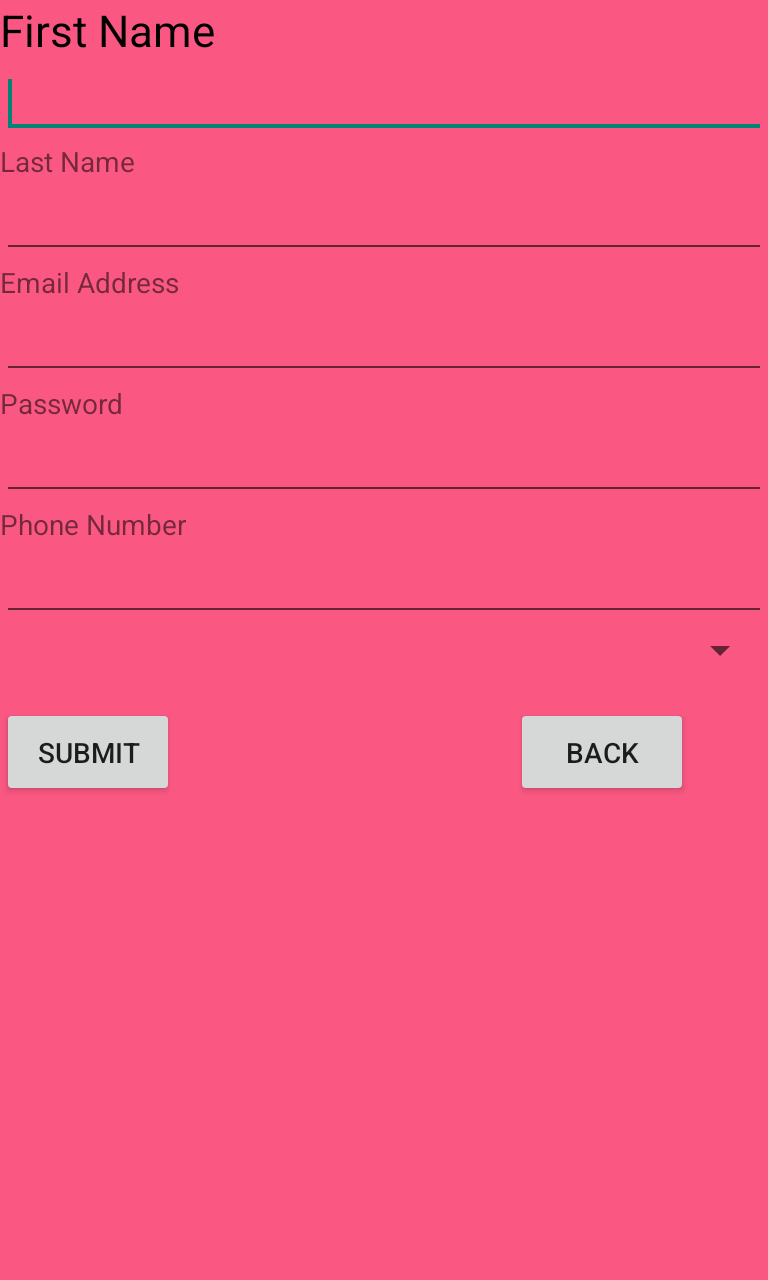
Repository: Clarenaliaka/code-challenge
Layout: ModernMum/res/layout/register.xml
These files come from the project's save history. The layout is drawn as it stood at one moment and after the next save; the edit follows.
It is drawn on a 768 x 1280 px phone screen (xhdpi) without system bars, with theme AppTheme; the app's code is not run.

Above is the layout before, as saved 2014-07-31 13:16:29.

### ModernMum/res/layout/register.xml
<?xml version="1.0" encoding="utf-8"?>
<LinearLayout xmlns:android="http://schemas.android.com/apk/res/android"
    android:layout_width="match_parent"
    android:layout_height="match_parent"
    android:orientation="vertical"
    android:background="@color/pink" >

    <TextView
        android:id="@+id/textView1"
        android:layout_width="wrap_content"
        android:layout_height="wrap_content"
        android:text="@string/first"
        android:textSize="22sp"
        android:textColor="@color/black"/>

    <EditText
        android:id="@+id/etfirst"
        android:layout_width="match_parent"
        android:layout_height="wrap_content"
        android:ems="10" >

        <requestFocus />
    </EditText>

    <TextView
        android:id="@+id/textView2"
        android:layout_width="wrap_content"
        android:layout_height="wrap_content"
        android:text="@string/last" />

    <EditText
        android:id="@+id/etlast"
        android:layout_width="match_parent"
        android:layout_height="wrap_content"
        android:ems="10" />

    <TextView
        android:id="@+id/textView4"
        android:layout_width="wrap_content"
        android:layout_height="wrap_content"
        android:text="@string/email" />

    <EditText
        android:id="@+id/etregemail"
        android:layout_width="match_parent"
        android:layout_height="wrap_content"
        android:ems="10"
        android:inputType="textEmailAddress" />

    <TextView
        android:id="@+id/textView5"
        android:layout_width="wrap_content"
        android:layout_height="wrap_content"
        android:text="@string/Password" />

    <EditText
        android:id="@+id/etregpassword"
        android:layout_width="match_parent"
        android:layout_height="wrap_content"
        android:ems="10"
        android:inputType="textPassword" />

    <TextView
        android:id="@+id/textView3"
        android:layout_width="wrap_content"
        android:layout_height="wrap_content"
        android:text="@string/phone" />

    <EditText
        android:id="@+id/etphone"
        android:layout_width="match_parent"
        android:layout_height="wrap_content"
        android:ems="10" />

    <Spinner
        android:id="@+id/modern"
        android:layout_width="match_parent"
        android:layout_height="wrap_content" />

    <RelativeLayout
    android:layout_width="match_parent"
    android:layout_height="match_parent"
    android:orientation="vertical"
    >

    <Button
        android:id="@+id/btnsubmit"
        android:layout_width="wrap_content"
        android:layout_height="wrap_content"
        android:layout_alignParentLeft="true"
        android:layout_alignParentTop="true"
        android:layout_marginTop="15dp"
        android:text="@string/btnsubmit" />

    <Button
        android:id="@+id/btnback"
        android:layout_width="wrap_content"
        android:layout_height="wrap_content"
        android:layout_alignBaseline="@+id/btnsubmit"
        android:layout_alignBottom="@+id/btnsubmit"
        android:layout_alignParentRight="true"
        android:layout_marginRight="39dp"
        android:text="@string/btnback" />

    </RelativeLayout>

</LinearLayout>

### ModernMum/res/values/color.xml
<?xml version="1.0" encoding="utf-8"?>
<resources>
    <color name="green">#660</color>
<color name="white">#FFFFFF</color>
<color name="black">#000000</color>
<color name="red">#FA5858</color>
<color name="brown">#2A120A</color>
<color name="grew">#151515</color>
<color name="blue">#4E3B6F</color>
<color name="purple">#AA18A3</color>
<color name="darkbrown">#AA4B18</color>
<color name="orange">#ff6633</color>
<color name="lightpink">#FFB6C1</color>
<color name="pink">#FA5882</color>
</resources>

### ModernMum/res/values/strings.xml
<?xml version="1.0" encoding="utf-8"?>
<resources>

    <string name="app_name">ModernMum</string>
    <string name="btnregister">Register</string>
    <string name="action_settings">Settings</string>
    <string name="btnlogin">Login</string>
    <string name="first">First Name</string>
    <string name="last">Last Name</string>
    <string name="email">Email Address</string>
    <string name="Password">Password</string>
    <string name="phone">Phone Number</string>
    <string name="loce">Location</string>
    <string name="title_activity_register_screen">RegisterScreenActivity</string>
    <string name="hello_world">Hello world!</string>
    <string name="title_activity_login_screen">LoginScreenActivity</string>
    <string name="btnsubmit">Submit</string>
    <string name="btnback">back</string>
    <string name="des">This is aplatform for mothers to have their privacy,interact and share emotional
    information by chatting.The can also expose the site by advertising,
    selling and buying their additional baby productr</string>

    <string-array name="modern">
        <item>location</item>
        <item>Westlands</item>
        <item>Ngong road</item>
        <item>Loresho</item>
        <item>Kasarani</item>
        <item>Karen</item>
        <item>langata</item>
        <item>Mt.View</item>
        <item>Uthiru</item>
        <item>Parklands</item>
        <item>Upper Hill</item>
        <item>Nairobi West</item>
        <item>South B</item>
        <item>South C</item>
    </string-array>

    <string name="title_activity_advert_screen">AdvertScreenActivity</string>
    <string name="baby">Baby Products</string>
    <string name="title_activity_home_screen">HomeScreenActivity</string>
    <string name="btnadvert">Advertise</string>
    <string name="btnchat">Chat</string>
    <string name="btntips">Tips</string>
    <string name="btnbuy">Buy</string>
    <string name="title_activity_chat">ChatActivity</string>
    <string name="title_activity_contact_screen">ContactScreenActivity</string>

</resources>

Loaded but not shown: ModernMum/res/values/styles.xml (common file); ModernMum/res/values-v11/styles.xml (common file); ModernMum/res/values-v14/styles.xml (common file)

After the next save:
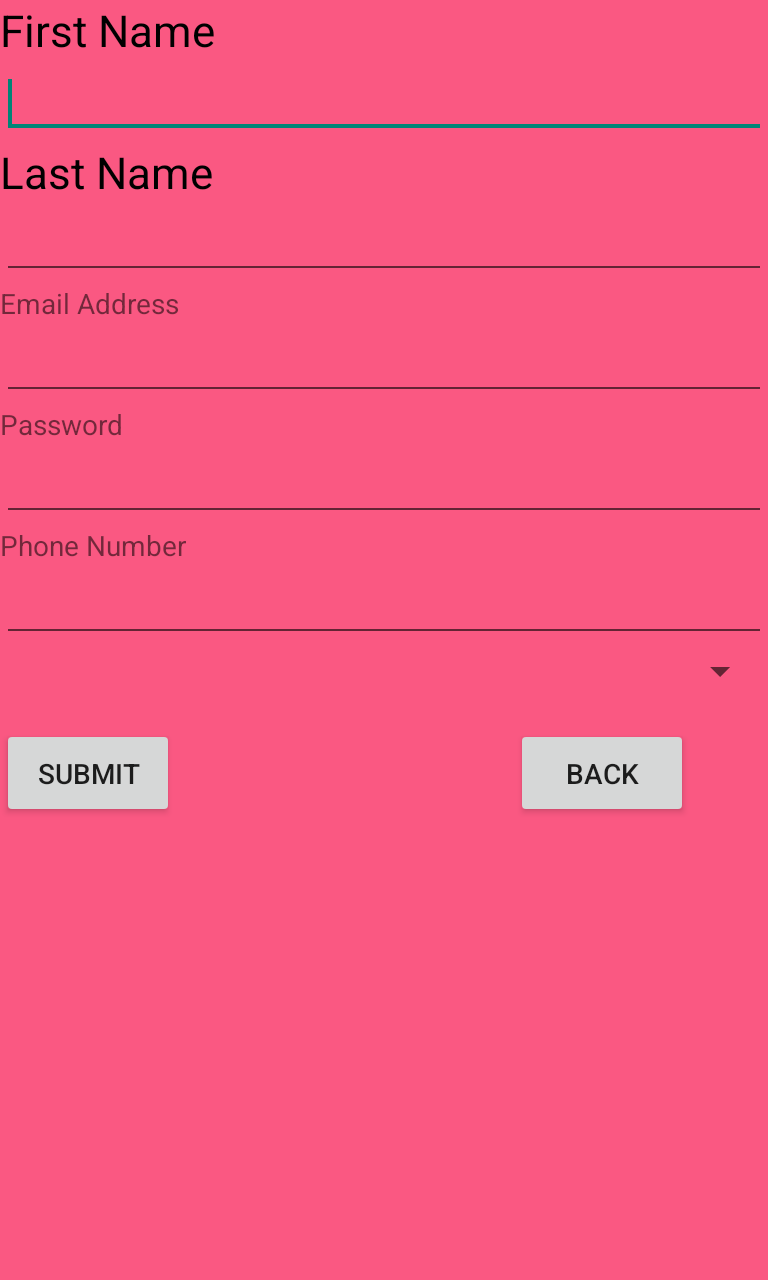
Saved 2 min 43 s later.
--- a/ModernMum/res/layout/register.xml
+++ b/ModernMum/res/layout/register.xml
@@ -26,7 +26,9 @@
         android:id="@+id/textView2"
         android:layout_width="wrap_content"
         android:layout_height="wrap_content"
-        android:text="@string/last" />
+        android:text="@string/last"
+        android:textSize="22sp"
+        android:textColor="@color/black" />
 
     <EditText
         android:id="@+id/etlast"
